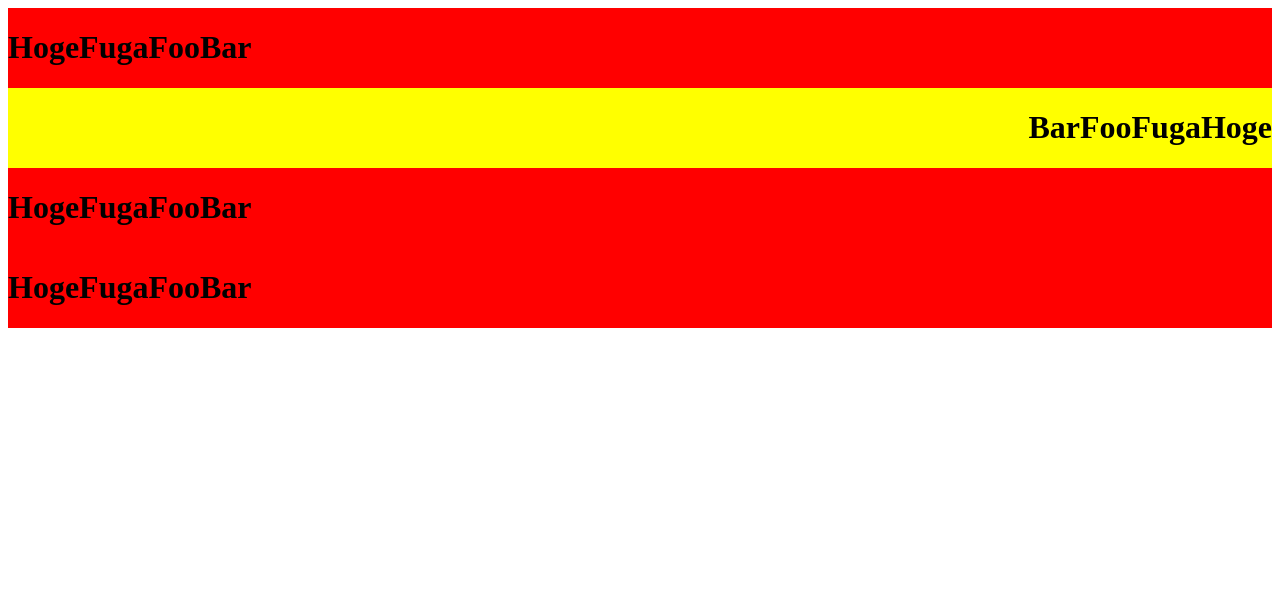
Repository: KAZMA5/samurai_HTML-CSS
Page: 9章ナビ/14章/index4.html
The author's editor kept a record of every edit. The page is drawn from the files as they stood at one moment, then again after the next edit.
The browser window is 1280 px wide. The pictures show the whole page.

Above is the page before.

### 9章ナビ/14章/index4.html
<html lang="ja">
    <head>
        <style>
            #sort {
                display: flex;
                flex-direction: row;
                background: red;
            }

            #reverse {
                display: flex;
                flex-direction: row-reverse;
                background-color: yellow;
            }

            #column {
                display: flex;
                flex-direction: column;
                background-color: blue;
            }

            #column-reverse {
                display: flex;
                flex-direction: column-reverse;
                background-color: green;
            }
        </style>
    </head>
    <body>
        <div id="sort">
            <h1>Hoge</h1>
            <h1>Fuga</h1>
            <h1>Foo</h1>
            <h1>Bar</h1>
        </div>

        <div id="reverse">
            <h1>Hoge</h1>
            <h1>Fuga</h1>
            <h1>Foo</h1>
            <h1>Bar</h1>
        </div>

        <div id="sort">
            <h1>Hoge</h1>
            <h1>Fuga</h1>
            <h1>Foo</h1>
            <h1>Bar</h1>
        </div>

        <div id="sort">
            <h1>Hoge</h1>
            <h1>Fuga</h1>
            <h1>Foo</h1>
            <h1>Bar</h1>
        </div>
    </body>
</html>

After the next edit:
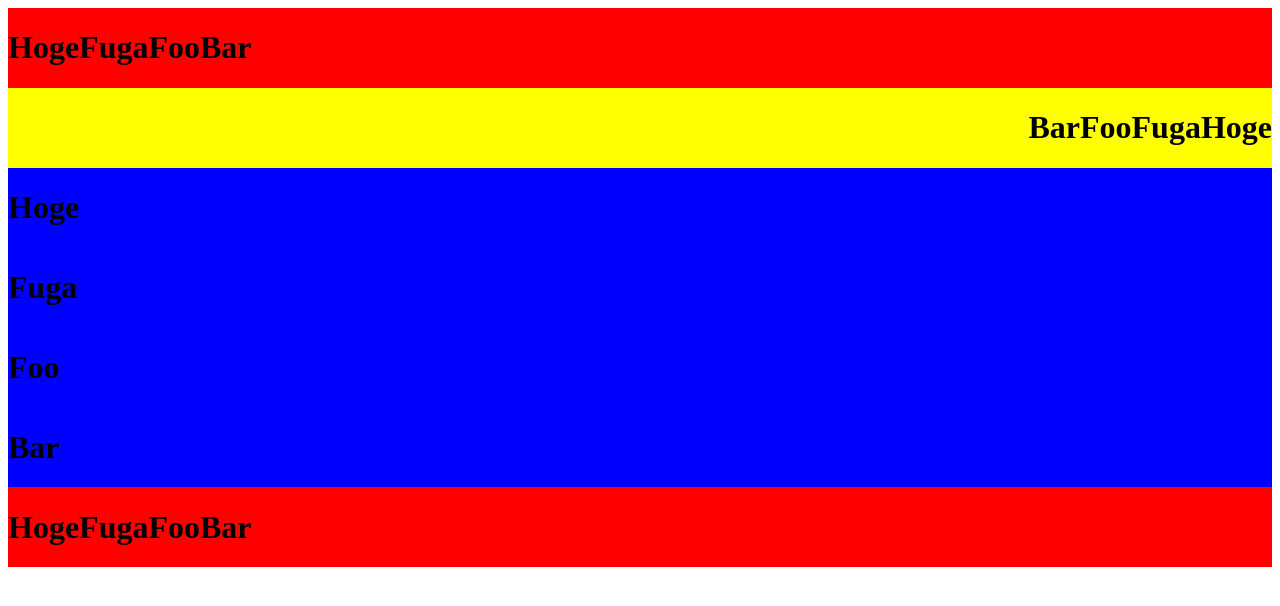
The edit:
--- a/9章ナビ/14章/index4.html
+++ b/9章ナビ/14章/index4.html
@@ -41,7 +41,7 @@
             <h1>Bar</h1>
         </div>
 
-        <div id="sort">
+        <div id="column">
             <h1>Hoge</h1>
             <h1>Fuga</h1>
             <h1>Foo</h1>
